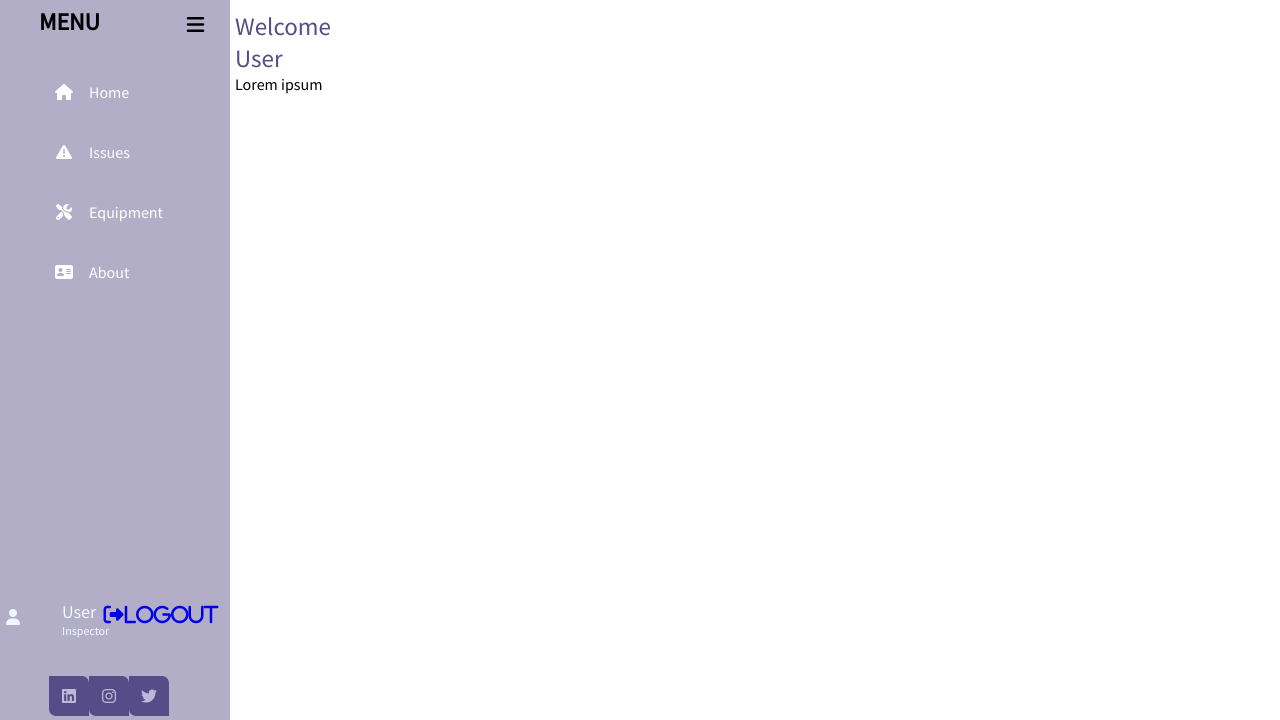
Repository: Lungdjos/ZescoIssueTS
Page: zits/src/main/resources/templates/about_us.html
The author's editor kept a copy of each file at every save. The page is drawn from the files as they stood at one save, then again after a run of saves.
The browser window is 1280 px wide. The pictures show the whole page.
Some web libraries are served in a nearby version.

Above is the page before, as saved 2021-07-10 04:33:26.

After the next 3 saves:
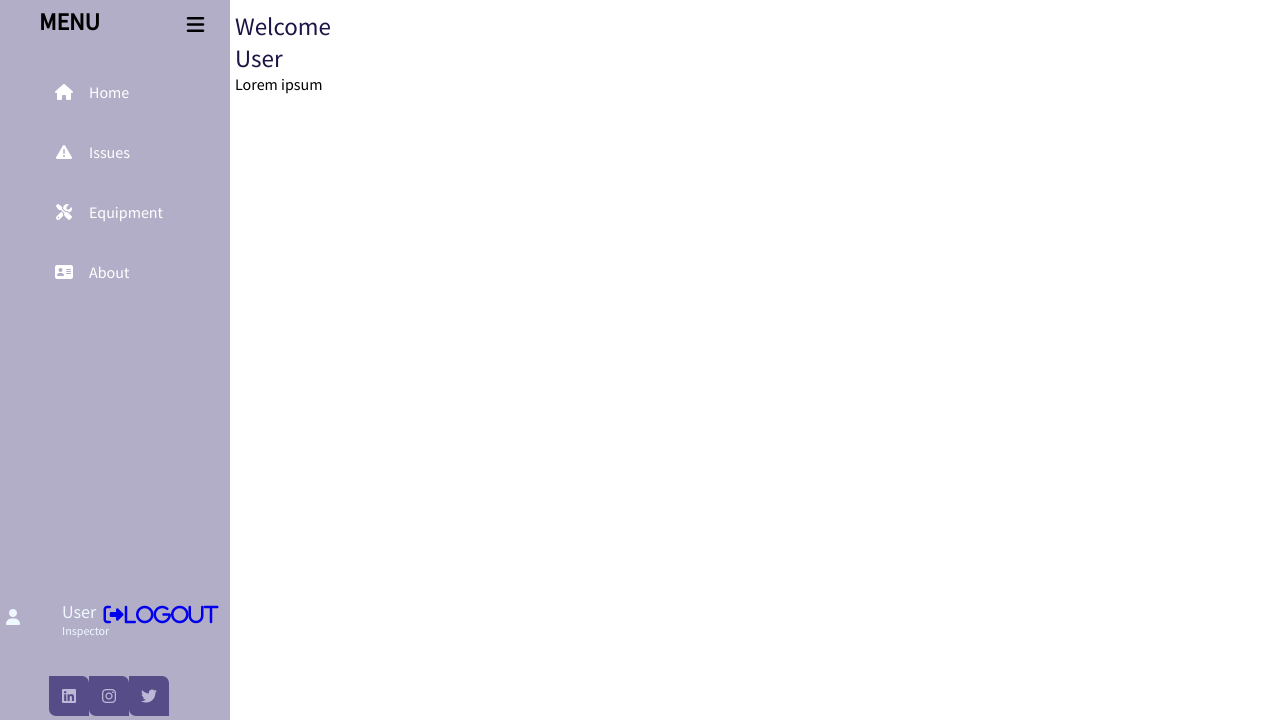
The 3 saves are shown as one change because they came seconds apart.
The last was saved 90 s later.
--- a/zits/src/main/resources/templates/css/styles.css
+++ b/zits/src/main/resources/templates/css/styles.css
@@ -179,7 +179,7 @@
 
 .main_content .header {
     margin-top: 10px;
-    color: #564c88;
+    color: #1d1546;
     font-weight: 500;
     font-size: 25px;
 }
